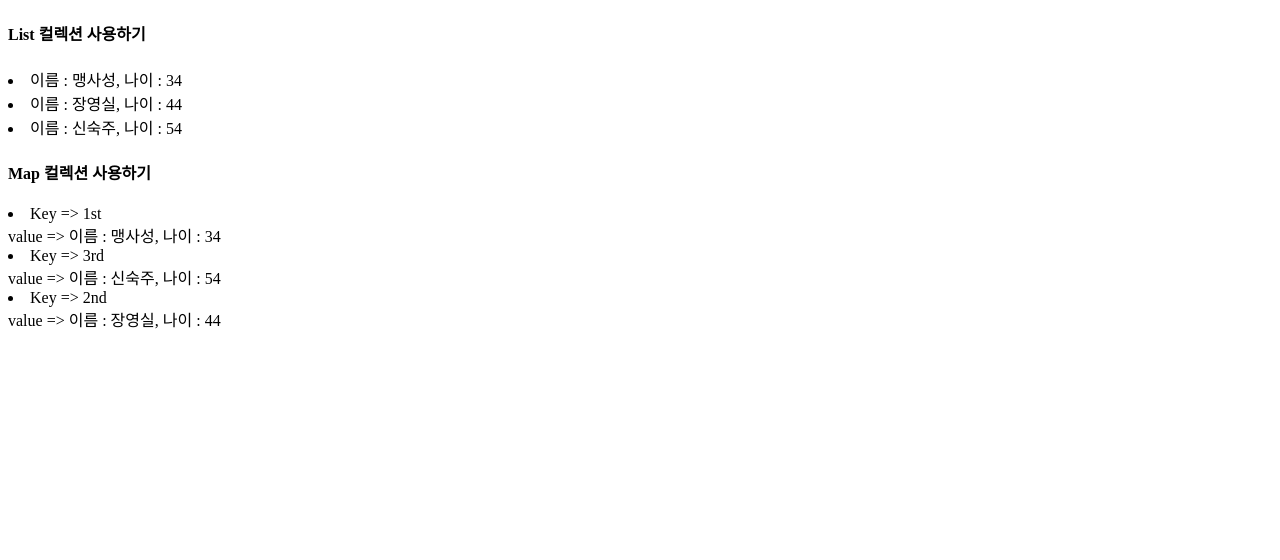
Repository: gunbong0921-cell/15JSP
Page: http://localhost/JSPStudy/04JSTL/core/ForEachExtend2.jsp
These files come from the project's save history. The page is drawn as it stood at one moment and after the next save; the edit follows.
The browser window is 1280 px wide. The pictures show the whole page.
The page is served by Tomcat 10. Other server files are loaded and not shown.

Above is the page before, as saved 2026-09-22 01:35:56.

### JSPStudy/src/main/webapp/04JSTL/core/ForEachExtend2.jsp
<%@page import="java.util.HashMap"%>
<%@page import="java.util.Map"%>
<%@page import="common.Person"%>
<%@page import="java.util.LinkedList"%>
<%@ page language="java" contentType="text/html; charset=UTF-8"
    pageEncoding="UTF-8"%>
<%@ taglib prefix="c" uri="http://java.sun.com/jsp/jstl/core"%>
<!DOCTYPE html>
<html>
<head>
<meta charset="UTF-8">
<title>JSTL - forEach 2</title>
</head>
<body>
	<h4>List 컬렉션 사용하기</h4>
	<%
	LinkedList<Person> lists = new LinkedList<Person>();
	/* 3개의 Person 인스턴스 저장 */
	lists.add(new Person("맹사성", 34));
	lists.add(new Person("장영실", 44));
	lists.add(new Person("신숙주", 54));
	%>
	<!-- set 태그로 page 영역에 속성 저장 -->
	<c:set var="lists" value="<%= lists %>"></c:set>
	<!-- 저장한 변수를 통해 확장 for문으로 실행한다. items에 지정한 컬렉션의
	크기만큼 반복하여 인출된다. -->
	<c:forEach items="${ lists }" var="list">
		<li>
			이름 : ${ list.name }, 나이 : ${ list.age }
		</li>
	</c:forEach>

	<h4>Map 컬렉션 사용하기</h4>
	<%
	Map<String,Person> maps = new HashMap<String,Person>();
	maps.put("1st", new Person("맹사성", 34));
	maps.put("2nd", new Person("장영실", 44));
	maps.put("3rd", new Person("신숙주", 54));
	%>
	<c:set var="maps" value="<%= maps %>"></c:set>
	<c:forEach items="${ maps }" var="map">
		<li>Key => ${ map.key } <br />
			value => 이름 : ${ map.value.name }, 나이 : ${ map.value.age }</li>
	</c:forEach>
</body>
</html>

### JSPStudy/src/main/java/common/Person.java
package common;

public class Person {
	private String name;
	private int age;

	public Person() {}
	public Person(String name, int age) {
		super();
		this.name = name; // 수정: String 키워드 제거
		this.age = age;
	}

	public String getName() {
		return name;
	}
	public void setName(String name) {
		this.name = name;
	}
	public int getAge() {
		return age;
	}
	public void setAge(int age) {
		this.age = age;
	}
}

After the next save:
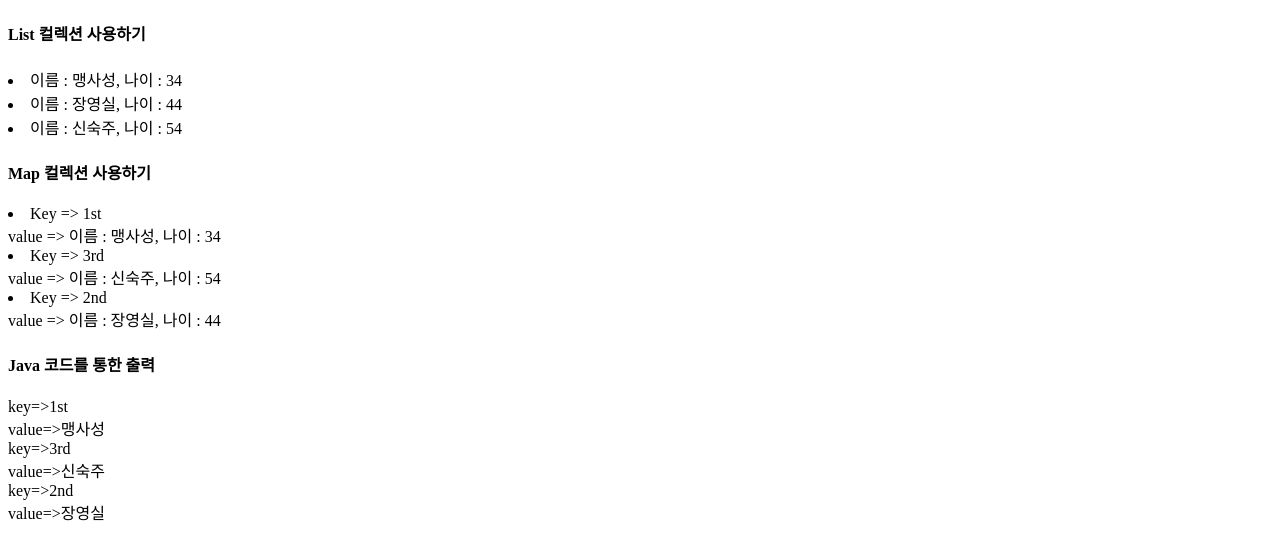
Saved 10 min 0 s later.
--- a/JSPStudy/src/main/webapp/04JSTL/core/ForEachExtend2.jsp
+++ b/JSPStudy/src/main/webapp/04JSTL/core/ForEachExtend2.jsp
@@ -1,3 +1,4 @@
+<%@page import="java.util.Set"%>
 <%@page import="java.util.HashMap"%>
 <%@page import="java.util.Map"%>
 <%@page import="common.Person"%>
@@ -26,21 +27,41 @@
 	크기만큼 반복하여 인출된다. -->
 	<c:forEach items="${ lists }" var="list">
 		<li>
+			<!-- 저장된 순서대로 Person인스턴스의 getter를 호출하여 값을 출력한다. -->
 			이름 : ${ list.name }, 나이 : ${ list.age }
 		</li>
 	</c:forEach>
 
 	<h4>Map 컬렉션 사용하기</h4>
 	<%
+	/* Map 인스턴스 생성 */
 	Map<String,Person> maps = new HashMap<String,Person>();
 	maps.put("1st", new Person("맹사성", 34));
 	maps.put("2nd", new Person("장영실", 44));
 	maps.put("3rd", new Person("신숙주", 54));
 	%>
+	<!-- 영역에 변수 생성 -->
 	<c:set var="maps" value="<%= maps %>"></c:set>
+	<!-- Map 출력시 key를 별도로 얻어올 필요없이 key, value 속성을 통해 즉시 값을 얻어와서
+	출력할 수 있다. -->
 	<c:forEach items="${ maps }" var="map">
 		<li>Key => ${ map.key } <br />
 			value => 이름 : ${ map.value.name }, 나이 : ${ map.value.age }</li>
 	</c:forEach>
+
+	<h4>Java 코드를 통한 출력</h4>
+	<%
+	/* Map은 항상 key를 먼저 얻어와야한다. */
+	Set<String> keys = maps.keySet();
+	/* 얻어온 key를 통해 개수만큼 반복한다. */
+	for(String key : keys){
+		/* key를 통해 value를 얻어온다. */
+		Person p = maps.get(key);
+		/* 값 출력시에는 getter메서드를 호출한다. */
+		out.println("key=>"+ key + "<br>");
+		out.println("value=>"+ p.getName() + "<br>");
+	}
+	/* JSTL의 확장 for문을 사용하면 key를 별도로 얻어오지 않아도 되므로 편리하다. */
+	%>
 </body>
 </html>
